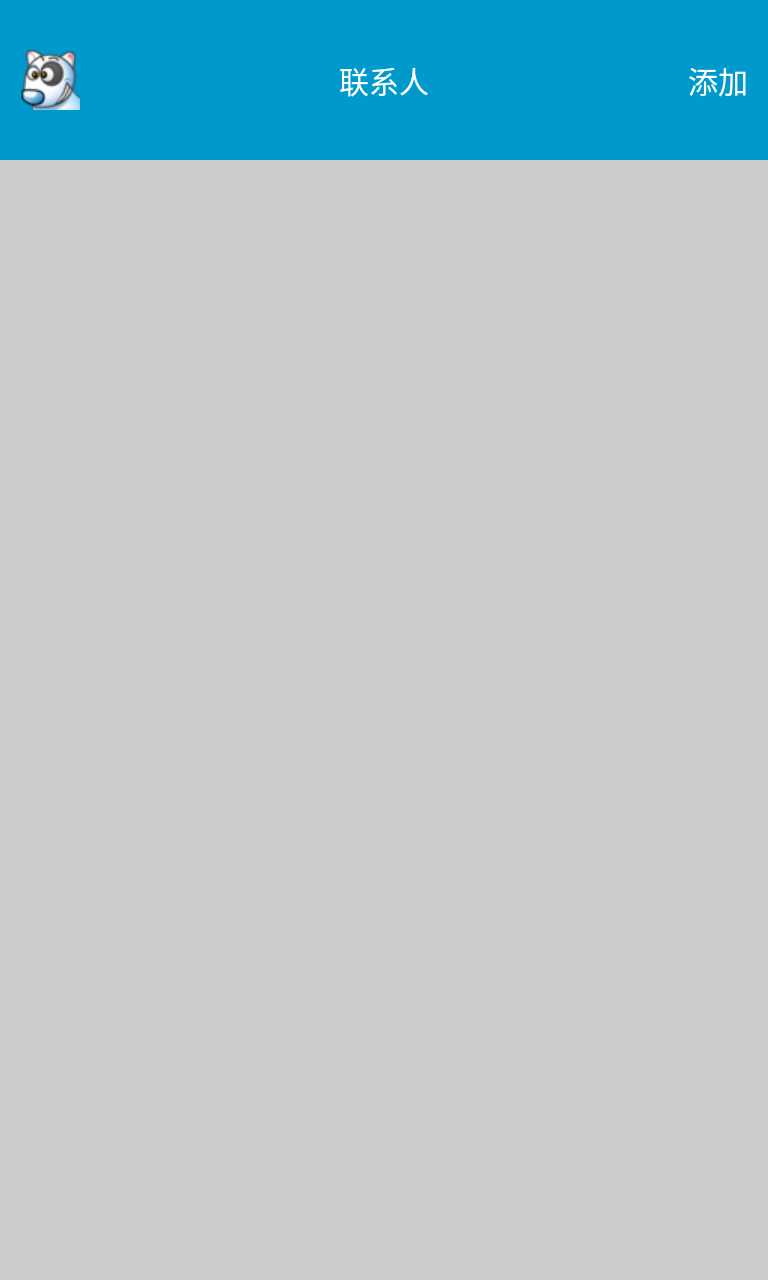
Repository: fanloveoupao/WecharTest
Layout: TestWechar/res/layout/home.xml
These files come from the project's save history. The layout is drawn as it stood at one moment and after the next save; the edit follows.
It is drawn on a 768 x 1280 px phone screen (xhdpi) without system bars, with theme AppTheme; the app's code is not run. Lists and similar views that code fills are empty.

Above is the layout before, as saved 2015-10-06 14:17:35.

### TestWechar/res/layout/home.xml
<?xml version="1.0" encoding="utf-8"?>
<LinearLayout xmlns:android="http://schemas.android.com/apk/res/android"
    android:layout_width="match_parent"
    android:layout_height="match_parent"
    android:background="#CCCCCC"
    android:orientation="vertical" >

    <include
        android:layout_width="fill_parent"
        android:layout_height="wrap_content"
        layout="@layout/include" />

    <ExpandableListView
        android:id="@+id/list_expand"
        android:layout_width="fill_parent"
        android:layout_height="wrap_content"
        android:layout_marginTop="10dp" >
    </ExpandableListView>

</LinearLayout>

### TestWechar/res/values/styles.xml
<resources>

    <!--
        Base application theme, dependent on API level. This theme is replaced
        by AppBaseTheme from res/values-vXX/styles.xml on newer devices.


    -->
    <style name="AppBaseTheme" parent="android:Theme.Light">
        <!--
            Theme customizations available in newer API levels can go in
            res/values-vXX/styles.xml, while customizations related to
            backward-compatibility can go here.


        -->
    </style>

    <!-- Application theme. -->
    <style name="AppTheme" parent="AppBaseTheme">
        <!-- All customizations that are NOT specific to a particular API-level can go here. -->
    </style>

    <style name="animationmsg">
        <item name="android:windowEnterAnimation">@anim/msg_enter</item>
        <item name="android:windowExitAnimation">@anim/msg_exit</item>
    </style>

</resources>

### TestWechar/res/layout/include.xml
<?xml version="1.0" encoding="utf-8"?>
<LinearLayout xmlns:android="http://schemas.android.com/apk/res/android"
    android:layout_width="match_parent"
    android:layout_height="match_parent"
    android:orientation="vertical" >

    <RelativeLayout
        android:layout_width="fill_parent"
        android:layout_height="80dp"
        android:background="#0099CC"
        android:gravity="center_vertical" >

        <ImageView
            android:layout_width="30dp"
            android:layout_height="30dp"
            android:layout_alignParentLeft="true"
            android:layout_centerVertical="true"
            android:layout_marginLeft="10dp"
            android:src="@drawable/h091" />

        <TextView
            android:id="@+id/title"
            android:layout_width="wrap_content"
            android:layout_height="wrap_content"
            android:layout_centerHorizontal="true"
            android:layout_centerVertical="true"
            android:text="联系人"
            android:textColor="#FFFFFF"
            android:textSize="15dp" />

        <TextView
            android:id="@+id/add"
            android:layout_width="wrap_content"
            android:layout_height="wrap_content"
            android:layout_alignParentRight="true"
            android:layout_centerVertical="true"
            android:layout_marginRight="10dp"
            android:text="添加"
            android:textColor="#FFFFFF"
            android:textSize="15dp" />
    </RelativeLayout>

</LinearLayout>

Loaded but not shown: TestWechar/res/values-v11/styles.xml (common file); TestWechar/res/values-v14/styles.xml (common file)

After the next save:
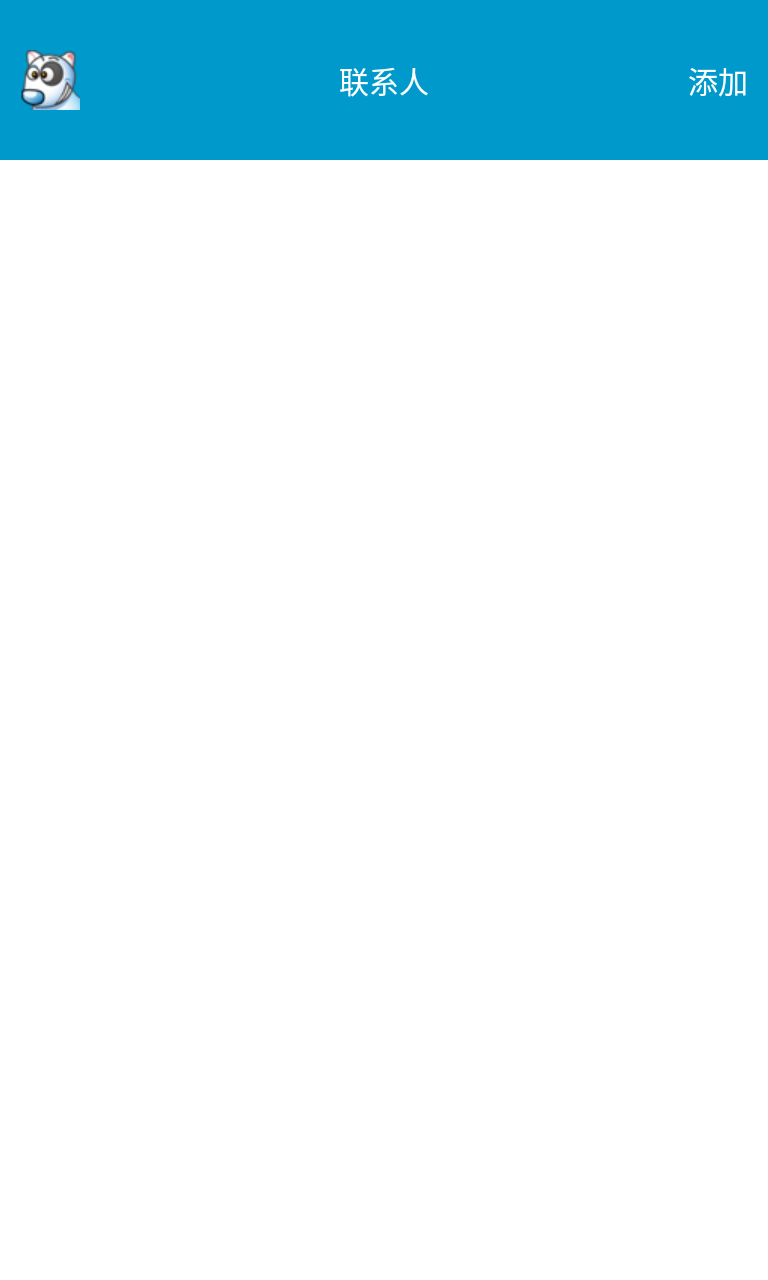
Saved 11 s later.
--- a/TestWechar/res/layout/home.xml
+++ b/TestWechar/res/layout/home.xml
@@ -2,7 +2,7 @@
 <LinearLayout xmlns:android="http://schemas.android.com/apk/res/android"
     android:layout_width="match_parent"
     android:layout_height="match_parent"
-    android:background="#CCCCCC"
+    android:background="#FFF"
     android:orientation="vertical" >
 
     <include
